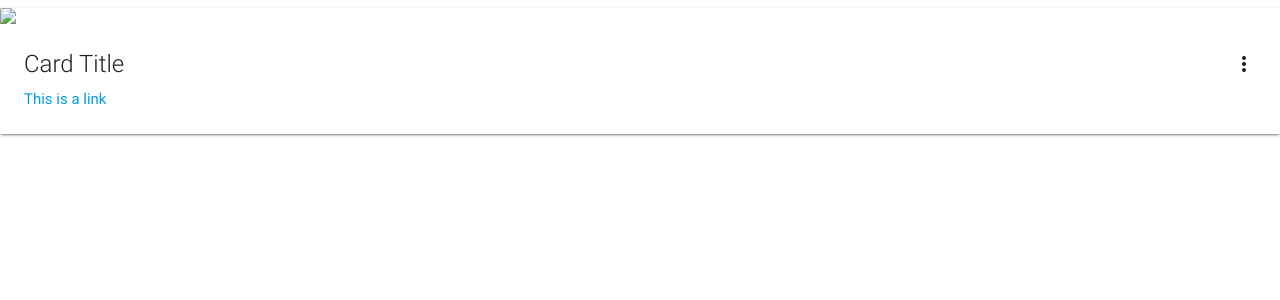
Repository: h8130084/bookReview
Page: http://localhost/
The author's editor kept a record of every edit. The page is drawn from the files as they stood at one moment, then again after the next edit.
The browser window is 1280 px wide. The pictures show the whole page.
Some web libraries are served in a nearby version. The page is served by the project's application, run on Flask 3 (app.py). Queries for data that is not in the repository find no rows.

Above is the page before.
Console error: ReferenceError: M is not defined
Not found: images/office.jpg

After the next edit:
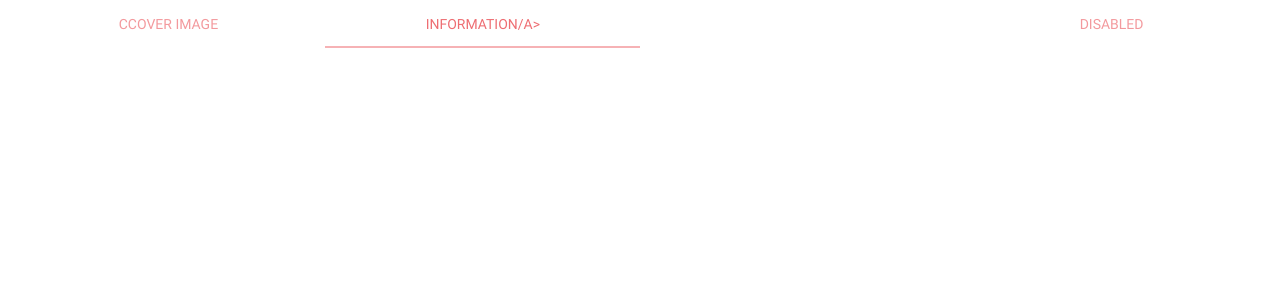
The edit:
--- a/templates/books.html
+++ b/templates/books.html
@@ -12,22 +12,19 @@
     {% endfor %}
 
 
-<!--Auto Init allows you to initialize all of the Materialize Components with a single function call. It is important to note that you cannot pass in options using this method.-->
-<!--M.AutoInit();-->
-
-    <div class="card">
-    <div class="card-image waves-effect waves-block waves-light">
-      <img class="activator" src="images/office.jpg">
+<div class="row">
+    <div class="col s12">
+      <ul class="tabs">
+        <li class="tab col s3"><a href="#test1">cCover Image</a></li>
+        <li class="tab col s3"><a class="active" href="#test2">Information/a></li>
+        <li class="tab col s3 "><a href="#test3">Review</a></li>
+        <li class="tab col s3 disabled"><a href="#test4"> disabled</a></li>
+      </ul>
     </div>
-    <div class="card-content">
-      <span class="card-title activator grey-text text-darken-4">Card Title<i class="material-icons right">more_vert</i></span>
-      <p><a href="#">This is a link</a></p>
-    </div>
-    <div class="card-reveal">
-      <span class="card-title grey-text text-darken-4">Card Title<i class="material-icons right">close</i></span>
-      <p>Here is some more information about this product that is only revealed once clicked on.</p>
-    </div>
+    <div id="test1" class="col s12">Test 1</div>
+    <div id="test2" class="col s12">Test 2</div>
+    <div id="test3" class="col s12">Test 3</div>
+    <div id="test4" class="col s12">Test 4</div>
   </div>
 
-   <!--Just add the card-reveal div with a span.card-title inside to make this work. Add the class activator to an element inside the card to allow it to open the card reveal-->
 {% endblock %}
